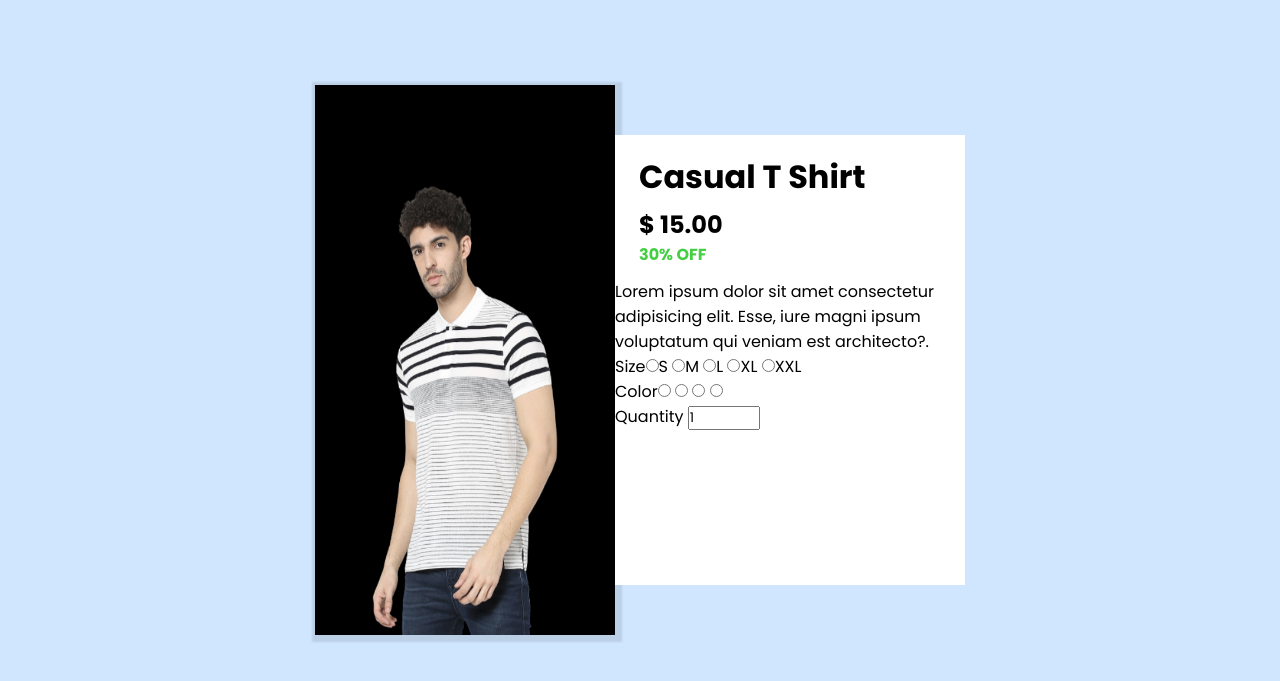
Repository: Ankitkr2021/Product-Page
Page: index.html
These files come from the project's save history. The page is drawn as it stood at one moment and after the next save; the edit follows.
The browser window is 1280 px wide. The pictures show the whole page.

Above is the page before, as saved 2025-10-24 10:59:13.

After the next save:
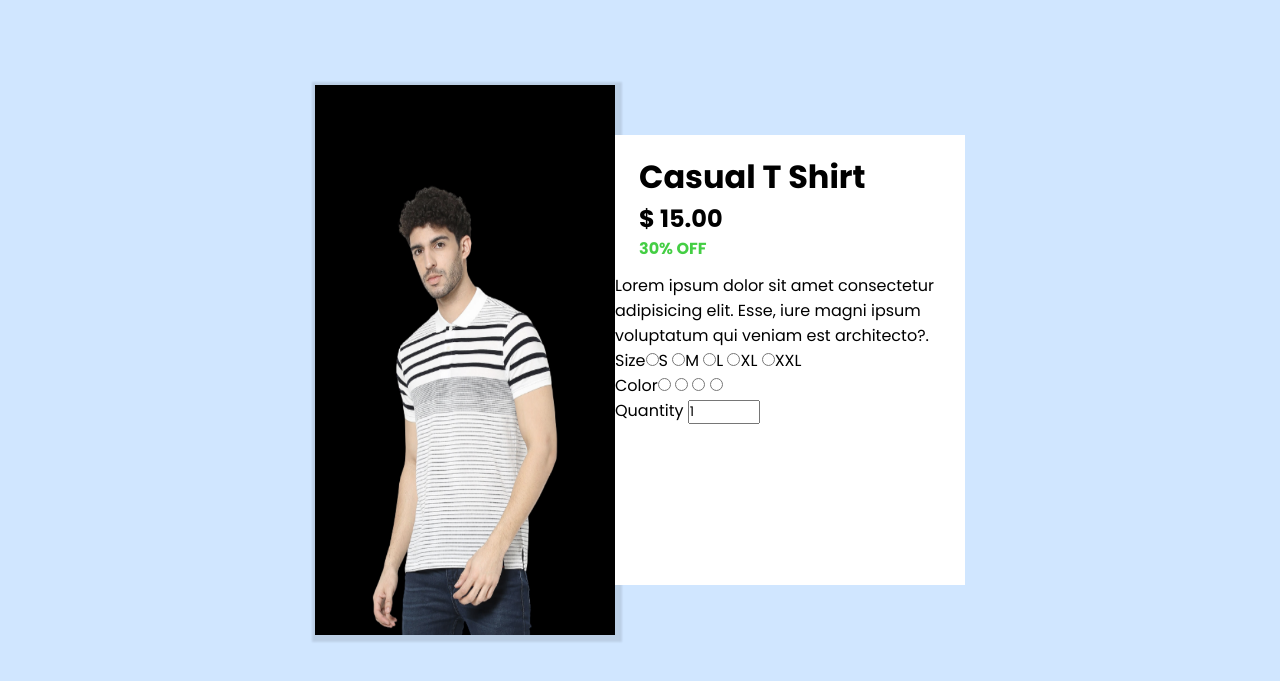
Saved 9 s later.
--- a/style.css
+++ b/style.css
@@ -37,7 +37,7 @@ img {
 }
 
 .right h1 {
-    padding: 18px 12px 6px 24px;
+    padding: 18px 12px 0px 24px;
 }
 
 .right h2 {
